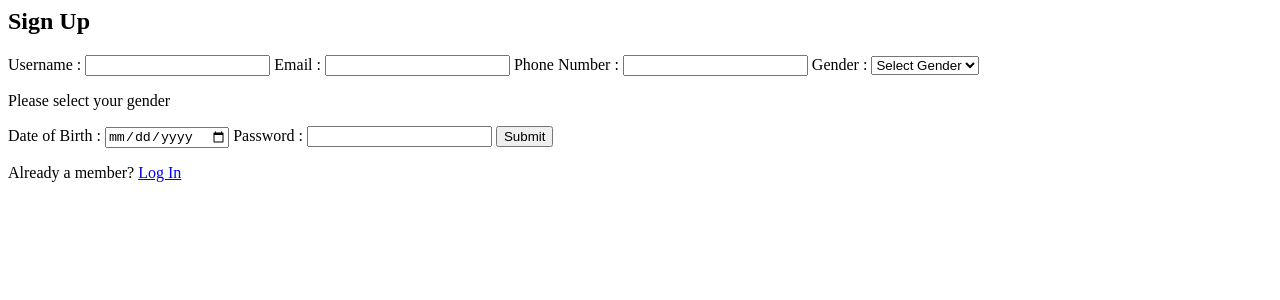
Repository: Dayah-LWY2/CyberStyle
Page: views/signup.ejs
An editor plug-in stored every save of this project. The page is shown before and after the next save, followed by the edit.
The browser window is 1280 px wide. The pictures show the whole page.
The page is served by the project's Node server (index.js). The template is opened directly, without the code that normally fills it, so the values that code supplies are empty.

Above is the page before, as saved 2024-09-09 23:49:55.

After the next save:
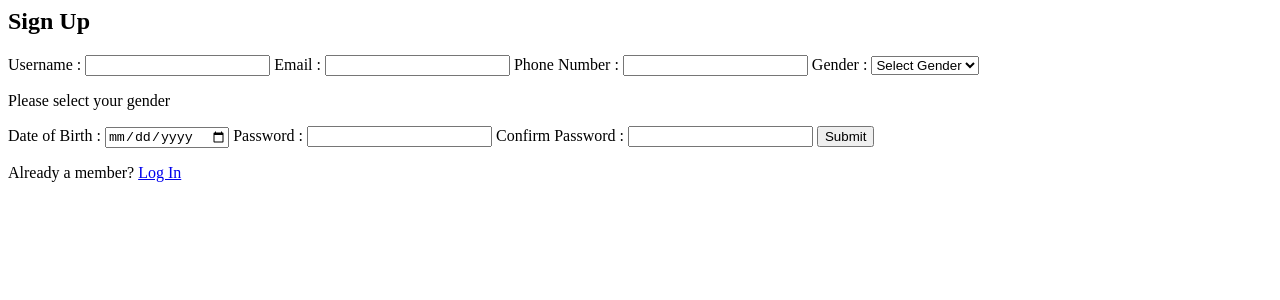
Saved 5 min 7 s later.
--- a/views/signup.ejs
+++ b/views/signup.ejs
@@ -25,6 +25,9 @@
         <label for="password">Password :</label>
         <input type="password" id="password" name="password" required>
 
+        <label for="confirmPassword">Confirm Password :</label>
+        <input type="password" id="confirmPassword" name="confirmPassword" required>
+
         <button type="submit">Submit</button>
     </form>
 
